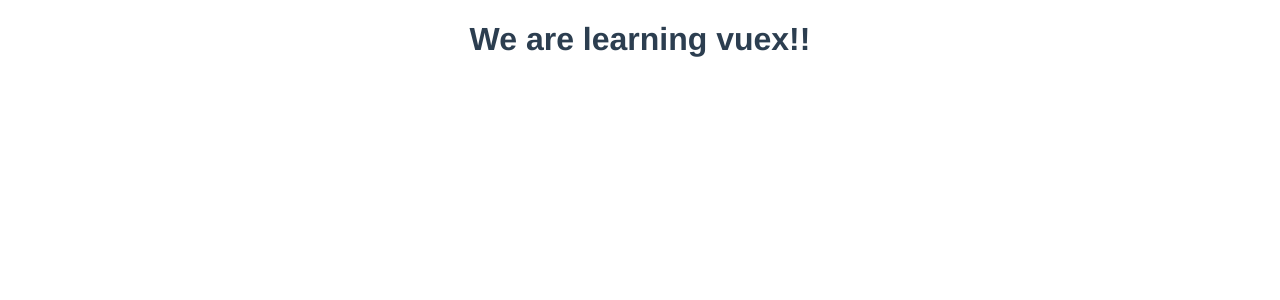
Repository: HaoMiffy/Vue3-compositionAPI-vuex-axios
Page: /
The author's editor kept a copy of each file at every save. The page is drawn from the files as they stood at one save, then again after the next save.
The browser window is 1280 px wide. The pictures show the whole page.
The project was rebuilt for these pictures with package versions that can differ from the ones it lists, and the page was loaded fresh each time. Also part of the build but not shown: vue.config.js, src/components/HelloWorld.vue, src/views/HomeView.vue.

Above is the page before, as saved 2022-12-13 15:53:36.

After the next save:
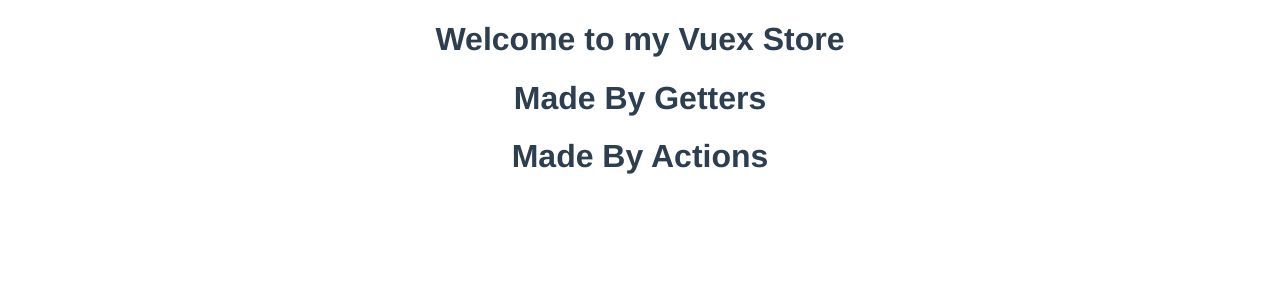
Saved 26 s later.
--- a/src/App.vue
+++ b/src/App.vue
@@ -1,30 +1,32 @@
 <template>
-  <div id="app">
+  <div class="hello">
     <h1>{{ msg }}</h1>
-    <div>
-      <ul v-for='post in getPosts' :key='post.title'>
-        <li>Post Title: {{post.title}}</li>
-      </ul>
+    <h1>Made By Getters</h1>
+    <div v-for="user in getUsers" :key="user.id">
+      {{ user.id }} {{ user.name }} {{ user.address }}
+    </div>
+    <h1>Made By Actions</h1>
+    <div v-for="user in users" :key="user.id">
+      {{ user.id }} {{ user.name }} {{ user.address }}
     </div>
   </div>
 </template>
 
-<script>
-
-export default {
-  name: 'App',
-  data () {
-    return {
-      msg: 'We are learning vuex!!'
-    }
-  },
-  created() {
-      /// 请求数据一般可以在 created 和 mounted 中发起请求
-      this.$store.dispatch('getPosts', 'data')
-  },
-}
+<script setup>
+import { ref, onMounted, computed } from "vue";
+import { useStore } from "vuex";
+const store = useStore();
+const msg = ref("Welcome to my Vuex Store");
+const getUsers = computed(() => {
+  return store.getters.getUsers;
+});
+const users = computed(() => {
+  return store.state.users;
+});
+onMounted(() => {
+  store.dispatch("fetchUsers");
+});
 </script>
-
 
 
 
